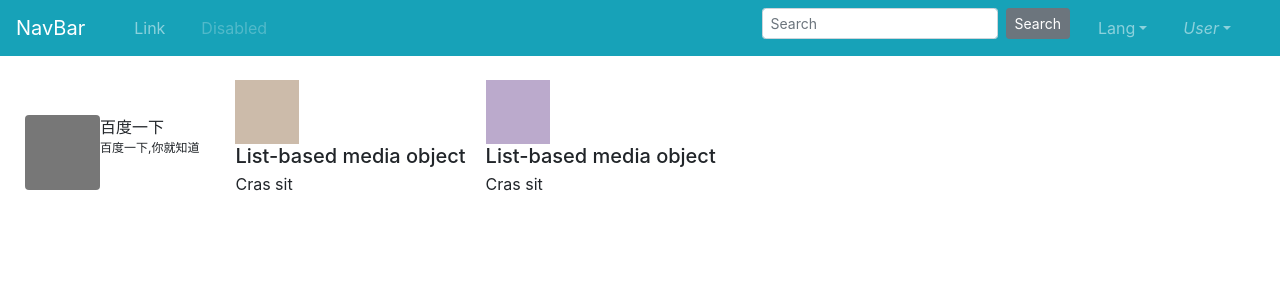
Repository: Funnyrz/vue-nav
Page: /
The author's editor kept a copy of each file at every save. The page is drawn from the files as they stood at one save, then again after the next save.
The browser window is 1280 px wide. The pictures show the whole page.
The project was rebuilt for these pictures with package versions that can differ from the ones it lists, and the page was loaded fresh each time.

Above is the page before, as saved 2020-08-26 12:05:39.

### public/index.html
<!DOCTYPE html>
<html lang="en">
  <head>
    <meta charset="utf-8">
    <meta http-equiv="X-UA-Compatible" content="IE=edge">
    <meta name="viewport" content="width=device-width,initial-scale=1.0">
    <link rel="icon" href="<%= BASE_URL %>favicon.ico">
    <title>vue-pic</title>
  </head>
  <body>
    <noscript>
      <strong>We're sorry but vue-pic doesn't work properly without JavaScript enabled. Please enable it to continue.</strong>
    </noscript>
    <div id="app"></div>
    <!-- built files will be auto injected -->
  </body>
</html>

### src/main.js
import Vue from 'vue'
import App from './App.vue'
import 'bootstrap/dist/css/bootstrap.css'
import 'bootstrap-vue/dist/bootstrap-vue.css'
import BootstrapVue from 'bootstrap-vue'
// ES Modules syntax

// require syntax

Vue.use(BootstrapVue)
Vue.config.productionTip = false

new Vue({
  render: h => h(App),
}).$mount('#app')

### src/App.vue
<template>
  <div id="app">
    <HelloWorld msg="Welcome to Your Vue.js App" />
  </div>
</template>

<script>
import HelloWorld from "./components/HelloWorld.vue";

export default {
  name: "app",
  components: {
    HelloWorld
  }
};
</script>

<style>
.container-fluid {
  width: 80%;
}
</style>

### src/components/HelloWorld.vue
<template>
  <div class="hello">
    <div>
      <b-navbar toggleable="lg" type="dark" variant="info">
        <b-navbar-brand href="#">NavBar</b-navbar-brand>

        <b-navbar-toggle target="nav-collapse"></b-navbar-toggle>
        <b-container fluid>
          <b-collapse id="nav-collapse" is-nav>
            <b-navbar-nav>
              <b-nav-item href="#">Link</b-nav-item>
              <b-nav-item href="#" disabled>Disabled</b-nav-item>
            </b-navbar-nav>

            <!-- Right aligned nav items -->
            <b-navbar-nav class="ml-auto">
              <b-nav-form>
                <b-form-input size="sm" class="mr-sm-2" placeholder="Search"></b-form-input>
                <b-button size="sm" class="my-2 my-sm-0" type="submit">Search</b-button>
              </b-nav-form>

              <b-nav-item-dropdown text="Lang" right>
                <b-dropdown-item href="#">EN</b-dropdown-item>
                <b-dropdown-item href="#">ES</b-dropdown-item>
                <b-dropdown-item href="#">RU</b-dropdown-item>
                <b-dropdown-item href="#">FA</b-dropdown-item>
              </b-nav-item-dropdown>

              <b-nav-item-dropdown right>
                <!-- Using 'button-content' slot -->
                <template v-slot:button-content>
                  <em>User</em>
                </template>
                <b-dropdown-item href="#">Profile</b-dropdown-item>
                <b-dropdown-item href="#">Sign Out</b-dropdown-item>
              </b-nav-item-dropdown>
            </b-navbar-nav>
          </b-collapse>
        </b-container>
      </b-navbar>

      <b-container fluid>
        <div>
          <ul class="list-unstyled">
            <b-media tag="li">
              <template v-slot:aside>
                <b-img v-bind="mainProps" rounded alt="placeholder"></b-img>
                <div style="position:relative;">
                  百度一下
                 <div style="font-size:12px;bottom:0px">
                  百度一下,你就知道
                </div>
                </div>

              </template>
            </b-media>

            <b-media tag="li" class="my-4">
              <template v-slot:aside>
                <b-img blank blank-color="#cba" width="64" alt="placeholder"></b-img>
              </template>

              <h5 class="mt-0 mb-1">List-based media object</h5>
              <p class="mb-0">Cras sit</p>
            </b-media>

            <b-media tag="li">
              <template v-slot:aside>
                <b-img blank blank-color="#bac" width="64" alt="placeholder"></b-img>
              </template>

              <h5 class="mt-0 mb-1">List-based media object</h5>
              <p class="mb-0">Cras sit</p>
            </b-media>
          </ul>
        </div>
      </b-container>
    </div>
  </div>
</template>

<script>
export default {
  name: "HelloWorld",
  props: {
    msg: String
  },
  data() {
    return {
      mainProps: {
        blank: true,
        blankColor: "#777",
        width: 75,
        height: 75,
        class: "m1"
      }
    };
  },
  mounted() {}
};
</script>

<!-- Add "scoped" attribute to limit CSS to this component only -->
<style scoped>
h3 {
  margin: 40px 0 0;
}
ul {
  list-style-type: none;
  padding: 0;
}
li {
  display: inline-block;
  margin: 0 10px;
}
a {
  color: #42b983;
}
</style>

After the next save:
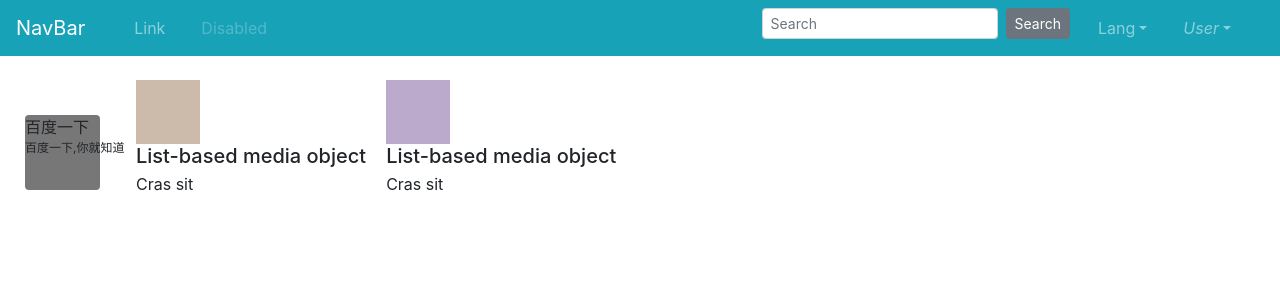
Saved 25 s later.
--- a/src/components/HelloWorld.vue
+++ b/src/components/HelloWorld.vue
@@ -45,7 +45,7 @@
             <b-media tag="li">
               <template v-slot:aside>
                 <b-img v-bind="mainProps" rounded alt="placeholder"></b-img>
-                <div style="position:relative;">
+                <div style="position:absolute;">
                   百度一下
                  <div style="font-size:12px;bottom:0px">
                   百度一下,你就知道

After the save that followed:
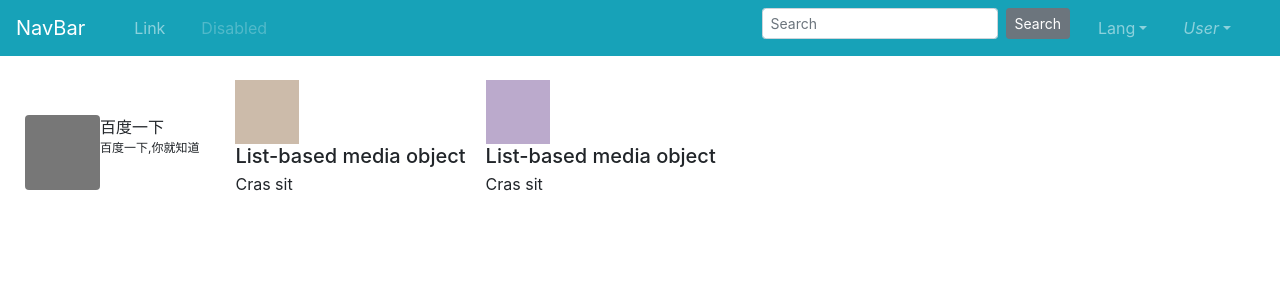
Saved 9 s later.
--- a/src/components/HelloWorld.vue
+++ b/src/components/HelloWorld.vue
@@ -45,7 +45,7 @@
             <b-media tag="li">
               <template v-slot:aside>
                 <b-img v-bind="mainProps" rounded alt="placeholder"></b-img>
-                <div style="position:absolute;">
+                <div style="position:relative;">
                   百度一下
                  <div style="font-size:12px;bottom:0px">
                   百度一下,你就知道
